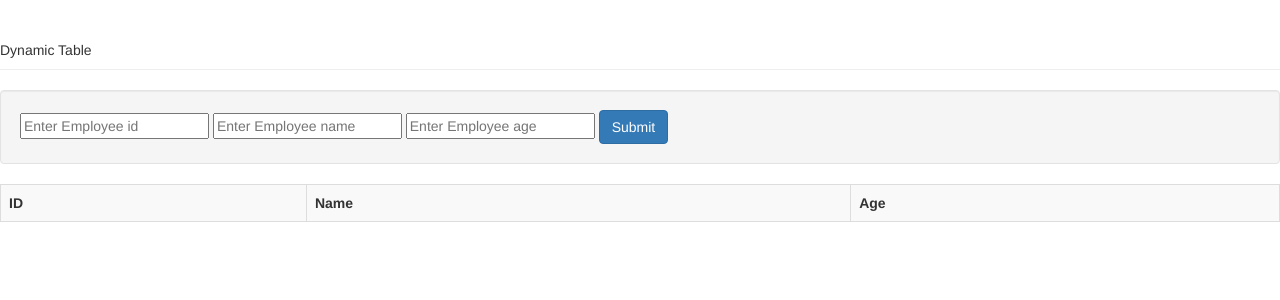
Repository: NathanDPoole/Personal
Page: Training/JavaScriptEx/src/main/webapp/html/dynamicTable.html
An editor plug-in stored every save of this project. The page is shown before and after the next save, followed by the edit.
The browser window is 1280 px wide. The pictures show the whole page.

Above is the page before, as saved 2017-12-29 16:27:16.
Console error (its wording comes from the project's code and is left out).

### Training/JavaScriptEx/src/main/webapp/html/dynamicTable.html
<!DOCTYPE html>
<html>
<head>
<meta charset="ISO-8859-1">
<link rel="stylesheet"
        href="https://maxcdn.bootstrapcdn.com/bootstrap/3.3.7/css/bootstrap.min.css"
        integrity="sha384-BVYiiSIFeK1dGmJRAkycuHAHRg32OmUcww7on3RYdg4Va+PmSTsz/K68vbdEjh4u"
        crossorigin="anonymous">
<title>Dynamic Table</title>
</head>
<body>

	<header>
		<div>
			<p class="page-header">Dynamic Table</p>
			<div id="formDiv" class="well">
				<form>
					<input id="eid" type="text" placeholder="Enter Employee id" />
					<input id="name" type="text" placeholder="Enter Employee name" />
					<input id="age" type="text" placeholder="Enter Employee age" />
					<input id="submitBtn" type="button" value="Submit" class="btn btn-primary"/>
				</form>
			</div>
		</div>
	</header>

	<section>
		<div>
			<table class="table table-bordered table-hover table-striped">
				<tbody>
					<th>ID</th>
					<th>Name</th>
					<th>Age</th>
				</tbody>
			</table>
		</div>
	</section>

	<script type="text/javascript" src="../js/dynamicTable.js"></script>
</body>
</html>

### Training/JavaScriptEx/src/main/webapp/js/dynamicTable.js
/**
 *
 */

//print all properties and methods of an object
/*
window.onload = function (){
	var ele = document.getElementById("formDiv");
	for (e in ele){
		console.log(e);
	}

}
*/

window.onload = function () {
	document.getElementById("submitBtn").addEventListener("click", addRows());
	document.getElementById("submitBtn").addEventListener("click", clearValues());
}

function addRows(){
	var id = document.getElementById("eid").value;
	var name = document.getElementById("name").value;
	var age = document.getElementById("age").value;



	var row = document.createElement("tr");
	var idcol = document.createElement("");
	var namecol = document.createElement("");
	var agecol = document.createElement("");

	idcol.textContent = id;
	namecol.textContent = name;
	agecol.textContent = age;

	row.appendChild(idcol);
	row.appendChild(namecol);
	row.appendChild(agecol);

	document.getElementById("mytable").appendChild(row);
}

function clearValues(){
	document.getElementById("eid").value = "";
	document.getElementById("name").value = "";
	document.getElementById("age").value = "";


}

After the next save:
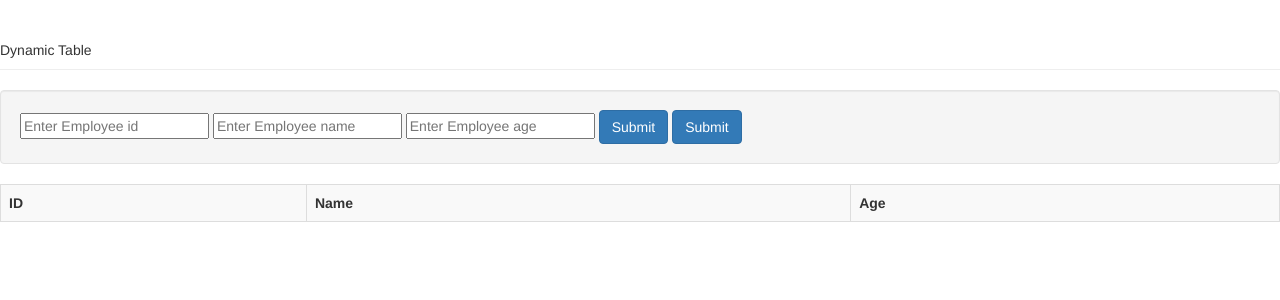
Saved 56 s later.
--- a/Training/JavaScriptEx/src/main/webapp/html/dynamicTable.html
+++ b/Training/JavaScriptEx/src/main/webapp/html/dynamicTable.html
@@ -19,6 +19,7 @@
 					<input id="name" type="text" placeholder="Enter Employee name" />
 					<input id="age" type="text" placeholder="Enter Employee age" />
 					<input id="submitBtn" type="button" value="Submit" class="btn btn-primary"/>
+					<input id="clearBtn" type="button" value="Submit" class="btn btn-primary"/>
 				</form>
 			</div>
 		</div>
